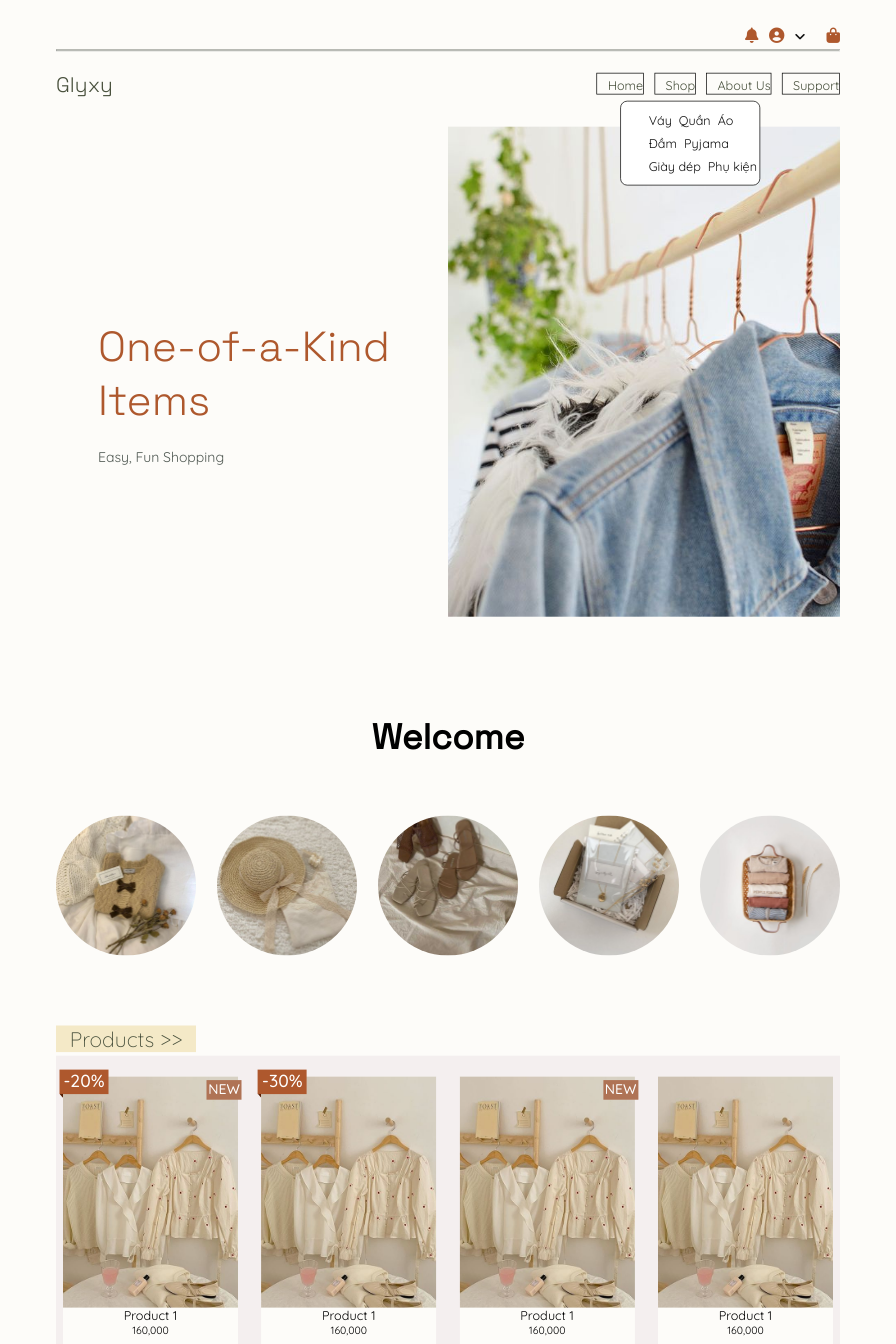
Repository: nganha241/store
Page: index.html
The author's editor kept a copy of each file at every save. The page is drawn from the files as they stood at one save, then again after the next save.
The browser window is 1280 px wide. The pictures show the part of the page from y = 0 to 1920 px (the page is 4656 px tall), at 70% of full size.
Some web libraries are served in a nearby version.

Above is the page before, as saved 2022-04-19 09:42:20.

After the next save:
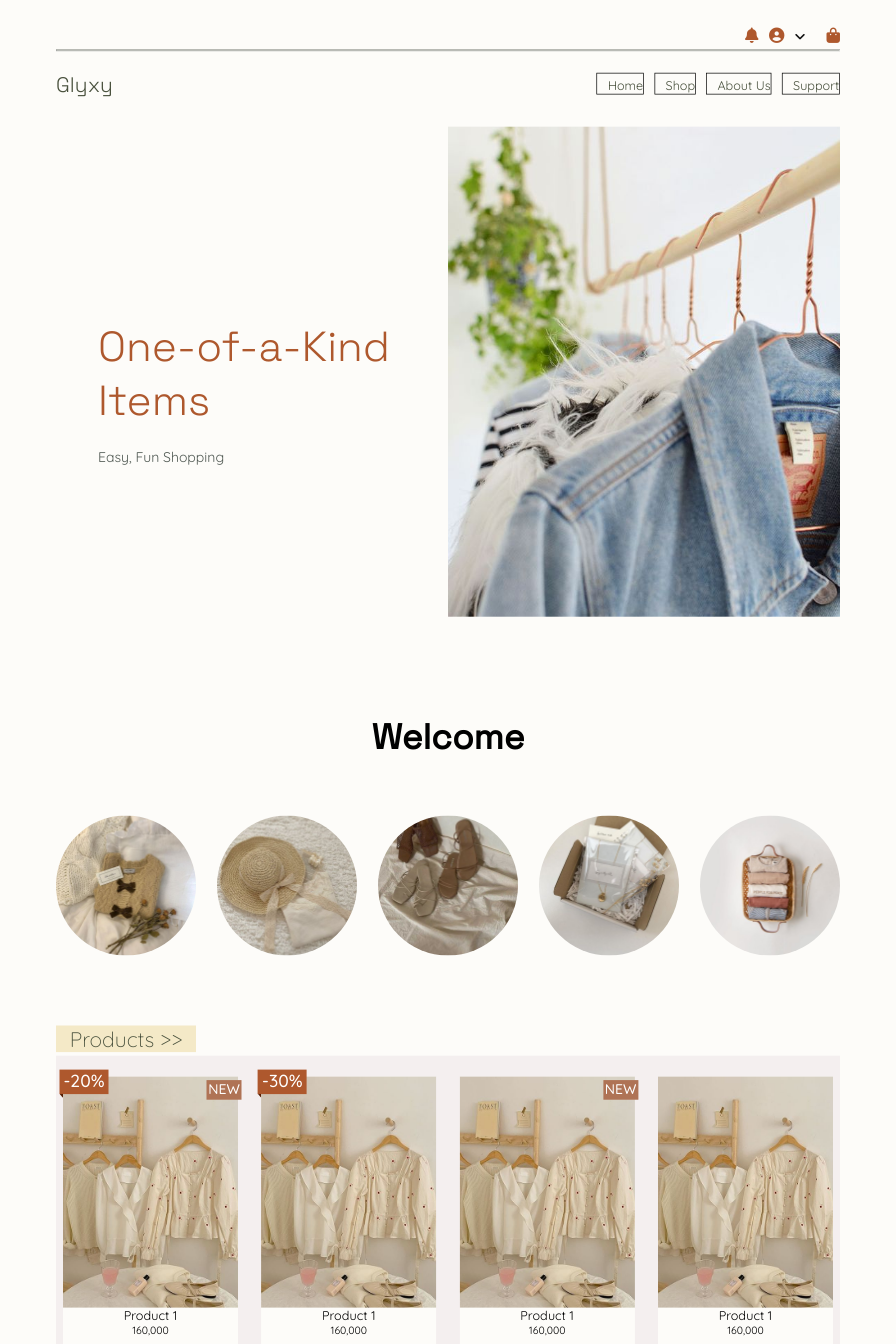
Saved 66 s later.
--- a/style.css
+++ b/style.css
@@ -122,7 +122,7 @@ li {
 }
 
 .header nav .menu>li .menu-child {
-    margin-left: -50px;
+    /* margin-left: -50px;
     margin-top: 10px;
     position: absolute;
     z-index: 1;
@@ -136,7 +136,15 @@ li {
     flex-wrap: wrap;
     gap: 10px;
     border: 1px solid;
-    /* opacity: 0; */
+    opacity: 0;
+    animation: dropdown .3s ease; */
+    margin-top: 15px;
+    margin-left: -20px;
+    width: 180px;
+    background: #fff;
+    border-radius: 15px;
+    position: absolute;
+    display: none;
     animation: dropdown .3s ease;
 }
 
